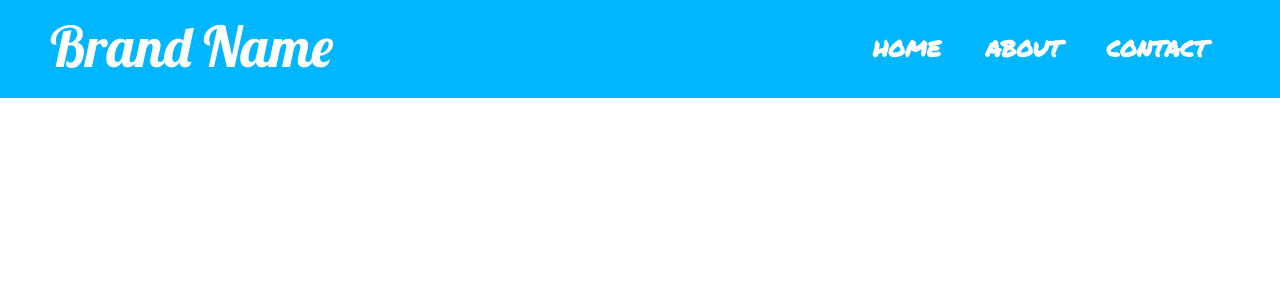
Repository: Jrap-bit/PeriodofSharing
Page: index.html
An editor plug-in stored every save of this project. The page is shown before and after the next save, followed by the edit.
The browser window is 1280 px wide. The pictures show the whole page.

Above is the page before, as saved 2022-01-13 21:28:20.

### index.html
<!DOCTYPE html>
<html lang="en">
<head>
    <meta charset="UTF-8">
    <meta http-equiv="X-UA-Compatible" content="IE=edge">
    <meta name="viewport" content="width=device-width, initial-scale=1.0">
    <link rel='stylesheet' href = 'style.css'>
    <title>Women</title>
</head>
<body>
    <nav class="navbar">
        <div class="brand-title">
            Brand Name
        </div>
        <a href="#" class="toggle-button">
            <span class="bar"></span>
            <span class="bar"></span>
            <span class="bar"></span>
        </a>
        <div class="navbar-links">
            <ul>
                <li><a href="#Home">HOME</a></li>
                <li><a href="#About">ABOUT</a></li>
                <li><a href="#Contact">CONTACT</a></li>
            </ul>
        </div>
    </nav>
</body>
</html>

### style.css
@import url('https://fonts.googleapis.com/css2?family=DM+Sans:wght@500&display=swap');
@import url('https://fonts.googleapis.com/css2?family=Bebas+Neue&family=Lobster&family=Permanent+Marker&display=swap');

* {
    box-sizing: border-box;
    font-family: 'DM Sans', sans-serif;
}

body {
    margin: 0;
    padding: 0;
}

html{
    scroll-behavior: smooth;
}

.navbar{
    display: flex;
    justify-content: space-between;
    align-items: center;
    background-color: rgb(0, 183, 255);
    color: white;

}

.brand-title{
    font-family: 'Lobster', cursive;
    font-size: 3.5rem;
    margin: 10px 50px;
    margin-bottom: 15px;

}

.navbar-links ul{
    margin: 10px 50px 10px 50px;
    display: flex;
}

.navbar-links li {
    font-family: 'Permanent Marker', cursive;
    font-weight: bold;
    list-style: none;
    font-size: 1.4rem;

}

.navbar-links li a{
    font-family: 'Permanent Marker', cursive;
    text-decoration: none;
    color: white;
    padding: 1.4rem;
    display: block;
}

.navbar-links li:hover{
    background-color: rgb(1, 54, 75);
}

.toggle-button {
    position: absolute;
    top: .75rem;
    right: 1rem;
    display: none;
    flex-direction: column;
    justify-content: space-between;
    width: 30px;
    height: 21px;
}

.toggle-button .bar{
    height: 3px;
    width: 100%;
    background-color: white;
    border-radius: 10px;
}

@media (max-width: 800px) {
    .toggle-button{
        display: flex;
    }
    .navbar-links{
        display: none;
        width: 100%;
    }

    .navbar{
        flex-direction: column;
        align-items: flex-start;
    }

    .navbar-links ul {
        flex-direction: column;
        width: 100%;

    }

    .navbar-links li{
        text-align: center;
    }

    .navbar-links li a{
        padding: 0.5rem 1rem;
    }

    .navbar-links.active{
        display: flex;
    }

    .toggle-button:hover{
        background-color: #666;
    }
}

After the next save:
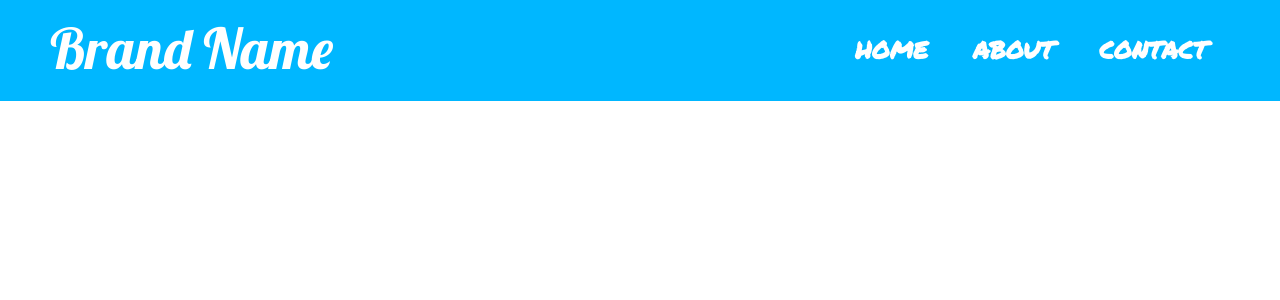
Saved 16 s later.
--- a/style.css
+++ b/style.css
@@ -41,7 +41,7 @@
     font-family: 'Permanent Marker', cursive;
     font-weight: bold;
     list-style: none;
-    font-size: 1.4rem;
+    font-size: 1.5rem;
 
 }
 

After the save that followed:
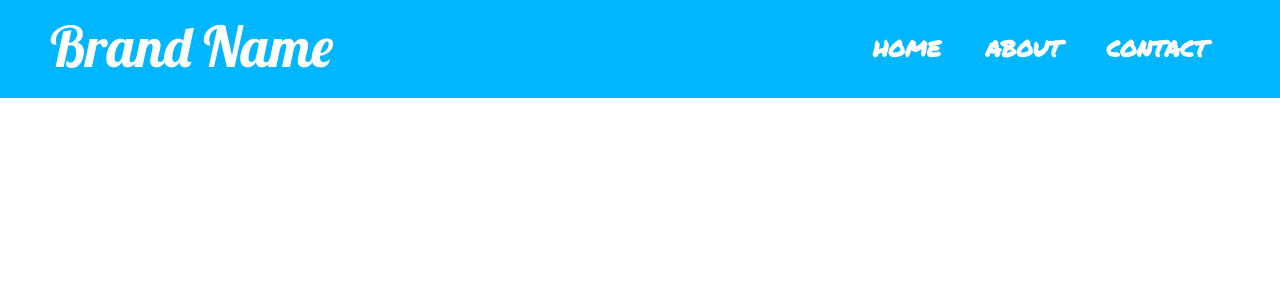
Saved 5 s later.
--- a/style.css
+++ b/style.css
@@ -41,7 +41,7 @@
     font-family: 'Permanent Marker', cursive;
     font-weight: bold;
     list-style: none;
-    font-size: 1.5rem;
+    font-size: 1.4rem;
 
 }
 
